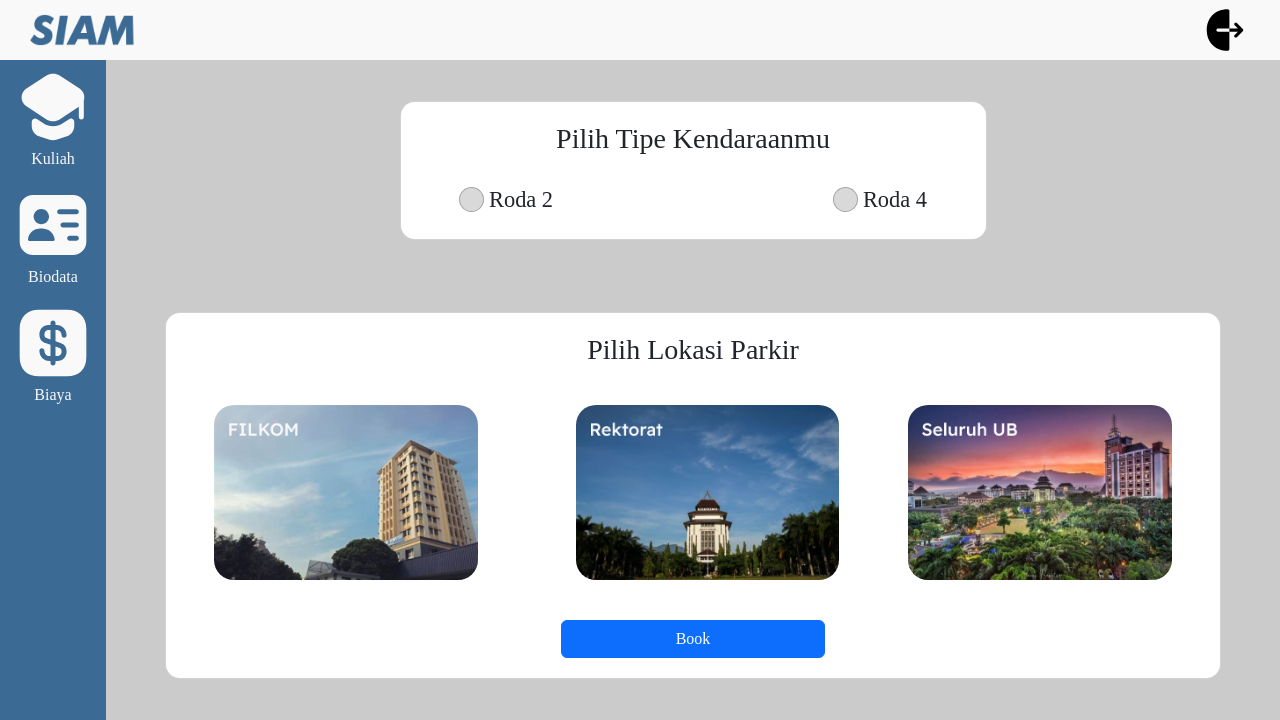
Repository: haikalirf/Project-IMK
Page: parkir.html
The author's editor kept a copy of each file at every save. The page is drawn from the files as they stood at one save, then again after the next save.
The browser window is 1280 px wide. The pictures show the whole page.
Some web fonts or font styles are not loaded; a fallback is used.

Above is the page before, as saved 2022-12-14 14:59:39.

### parkir.html
<!DOCTYPE html>
<html lang="en">
<head>
	<meta charset="UTF-8">
	<meta http-equiv="X-UA-Compatible" content="IE=edge">
	<meta name="viewport" content="width=device-width, initial-scale=1.0">
	<title>SIAM</title>
	<link rel="icon" href="/assets/logo_ub.ico">
	<link rel="stylesheet" href="https://cdn.jsdelivr.net/npm/bootstrap@5.2.3/dist/css/bootstrap.min.css" integrity="sha384-rbsA2VBKQhggwzxH7pPCaAqO46MgnOM80zW1RWuH61DGLwZJEdK2Kadq2F9CUG65" crossorigin="anonymous">
	<link rel="stylesheet" href="/styles/parkir.css">
</head>
<body>
	<nav class="navbar" id="navbar">
		<a class="navbar-brand" href="/kuliah.html">
			<img id="navbar-image" src="/assets/SIAM.png" alt="SIAM">
		</a>
		<a class="navbar-link" href="landing.html">
			<img id="navbar-image" src="/assets/Logout.svg" alt="Logout">
		</a>
	</nav>
	<div class="mh-100" id="sidebar">
		<a class="btn" href="">
			<img id="sidebar-kuliah" src="/assets/Kuliah Logo.svg" alt="Kuliah">
			<label for="sidebar-kuliah">Kuliah</label>
		</a>
		<a class="btn" href="">
			<img id="sidebar-biodata" src="/assets/Biodata Logo.svg" alt="Biodata">
			<label for="sidebar-biodata">Biodata</label>
		</a>
		<a class="btn" href="">
			<img id="sidebar-biaya" src="/assets/Biaya Logo.svg" alt="Biaya">
			<label for="sidebar-biaya">Biaya</label>
		</a>
	</div>
	<main>
		<div class="card" id="cardTop">
			<h3 class="card-judul">Pilih Tipe Kendaraanmu</h3>
			<div class="d-flex justify-content-between" id="formRoda">
				<div class="form-check d-flex">
					<input class="form-check-input check-roda" type="radio" value="" name="radioRoda" id="checkRodaDua">
					<label class="form-check-label label-roda" for="checkRodaDua">
						Roda 2
					</label>
				</div>
				<div class="form-check d-flex">
					<input class="form-check-input check-roda" type="radio" value="" name="radioRoda" id="checkRodaEmpat">
					<label class="form-check-label label-roda" for="checkRodaEmpat">
						Roda 4
					</label>
				</div>
			</div>
		</div>
		<div class="card" id="cardBottom">
			<h3 class="card-judul">Pilih Lokasi Parkir</h3>
			<div class="d-flex align-content-around kumpulan-gambar-parkir">
				<input class="gambar-parkir" type="image" src="/assets/filkom.png" onclick="border(this)">
				<p></p>
				<input class="gambar-parkir" type="image" src="/assets/rektorat.png" onclick="border(this)">
				<input class="gambar-parkir" type="image" src="/assets/seluruh_ub.png" onclick="border(this)">
			</div>
			<button type="button" class="btn btn-primary book-button">Book</button>
		</div>
	</main>
	<script src="https://cdn.jsdelivr.net/npm/bootstrap@5.2.3/dist/js/bootstrap.bundle.min.js" integrity="sha384-kenU1KFdBIe4zVF0s0G1M5b4hcpxyD9F7jL+jjXkk+Q2h455rYXK/7HAuoJl+0I4" crossorigin="anonymous"></script>
	<script src="/scripts/parkir.js"></script>
</body>
</html>

### styles/parkir.css
/* CSS Reset */
/*
	Josh's Custom CSS Reset
	https://www.joshwcomeau.com/css/custom-css-reset/
*/
*, *::before, *::after {
	box-sizing: border-box;
}
  * {
	margin: 0;
}
html, body {
	height: 100%;
}
body {
	line-height: 1.5;
	-webkit-font-smoothing: antialiased;
}
img, picture, video, canvas, svg {
	display: block;
	max-width: 100%;
}
input, button, textarea, select {
	font: inherit;
}
p, h1, h2, h3, h4, h5, h6 {
	overflow-wrap: break-word;
}
#root, #__next {
	isolation: isolate;
}
/* CSS Reset ends */

body {
	background-color: #cbcbcb;
	font-family: 'readex';
	font-size: 16px;
}

@font-face {
	font-family: 'readex';
	src:url('/assets/fonts/ReadexPro-Medium.ttf');
}

#navbar {
	display: flex;
	justify-content: space-between;
	position: fixed;
	background-color: #f9f9f9;
	z-index: 1;
	width: 100%;
	padding: 0px 30px;
}

#navbar-image {
	height: 50px;
}

main {
	padding-top: 60px;
	padding-left: 106px;
	display: flex;
	flex-direction: column;
	justify-content: center;
	align-items: center;
	height: 100vh;
	gap: 10vh;
}

#sidebar {
	background-color: #3b6a94;
	display: flex;
	flex-direction: column;
	flex: 1;
	position: fixed;
	height: 100vh;
	padding-top: 60px;
}

#sidebar img {
	width: 80px;
	height: 80px;
}

a img, a label {
	color: #f9f9f9;
}

.card {
	border-radius: 15px;
}

#cardTop {
	width: 50%;
	height: fit-content;
	display: flex;
	justify-content: center;
}

.card-judul {
	align-self: center;
	padding: 10px 0px;
	margin-top: 10px;
}

#formRoda {
	padding: 10px 10%;
	margin-bottom: 10px;
}

.check-roda {
	width: 25px;
	height: 25px;
	background-color: #D9D9D9;
}

.label-roda {
	margin-left: 5px;
	font-size: 1.4em;
}

#cardBottom {
	width: 90%;
	height: fit-content;
	display: flex;
	justify-content: center;
}

.kumpulan-gambar-parkir {
	justify-content: space-evenly;
}

.gambar-parkir {
	box-sizing: content-box;
	border-radius: 20px;
	width: 25%;
	margin: 20px;
}

.book-button {
	align-self: center;
	width: 25%;
	margin: 20px;
}

/* TODO */
@media (max-width: 800px) {
	#cardTop {
		width: 90%;
	}
}

### scripts/parkir.js
function border(image) {
	var hasOutline = true
	if (image.style.outline === "") {
		hasOutline = false
	}
	const allImage = document.querySelectorAll('.gambar-parkir');
	allImage.forEach(e => {
		e.style.outline = "";
	});
	if (!hasOutline) {
		image.style.outline = "8px solid #3B6A94";
	}
}

After the next save:
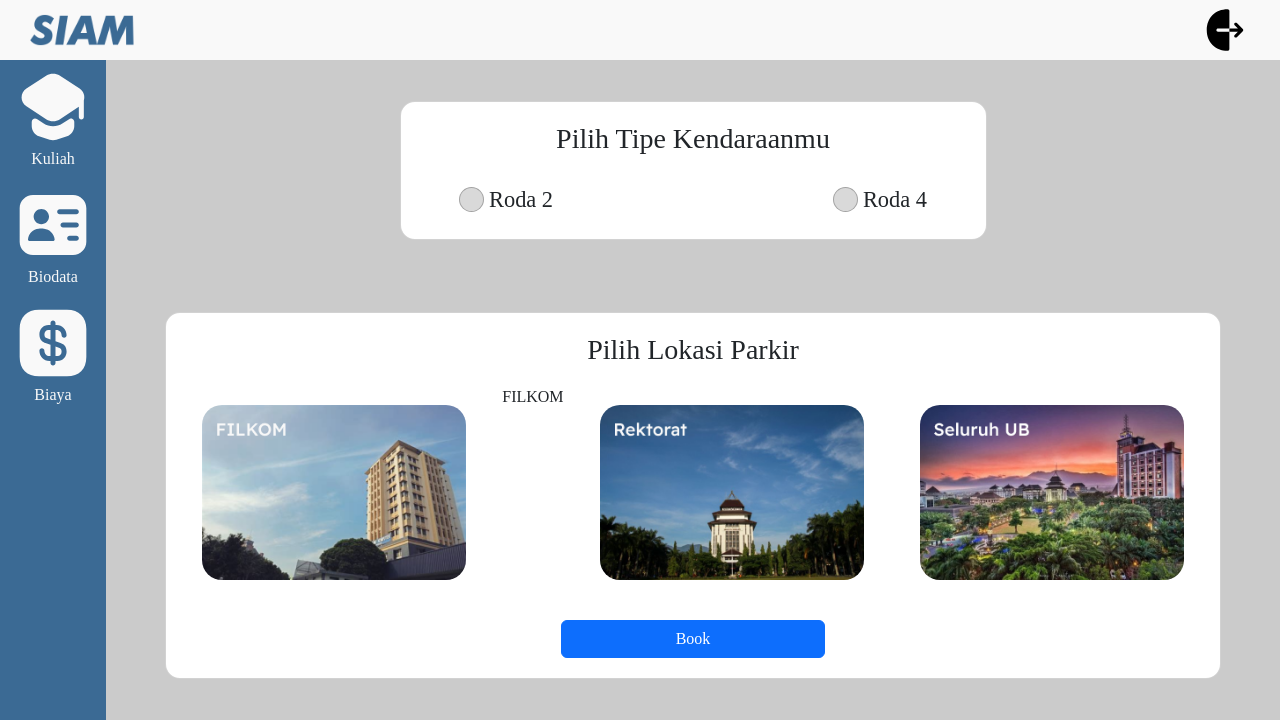
Saved 10 s later.
--- a/parkir.html
+++ b/parkir.html
@@ -54,7 +54,7 @@
 			<h3 class="card-judul">Pilih Lokasi Parkir</h3>
 			<div class="d-flex align-content-around kumpulan-gambar-parkir">
 				<input class="gambar-parkir" type="image" src="/assets/filkom.png" onclick="border(this)">
-				<p></p>
+				<p class="">FILKOM</p>
 				<input class="gambar-parkir" type="image" src="/assets/rektorat.png" onclick="border(this)">
 				<input class="gambar-parkir" type="image" src="/assets/seluruh_ub.png" onclick="border(this)">
 			</div>
